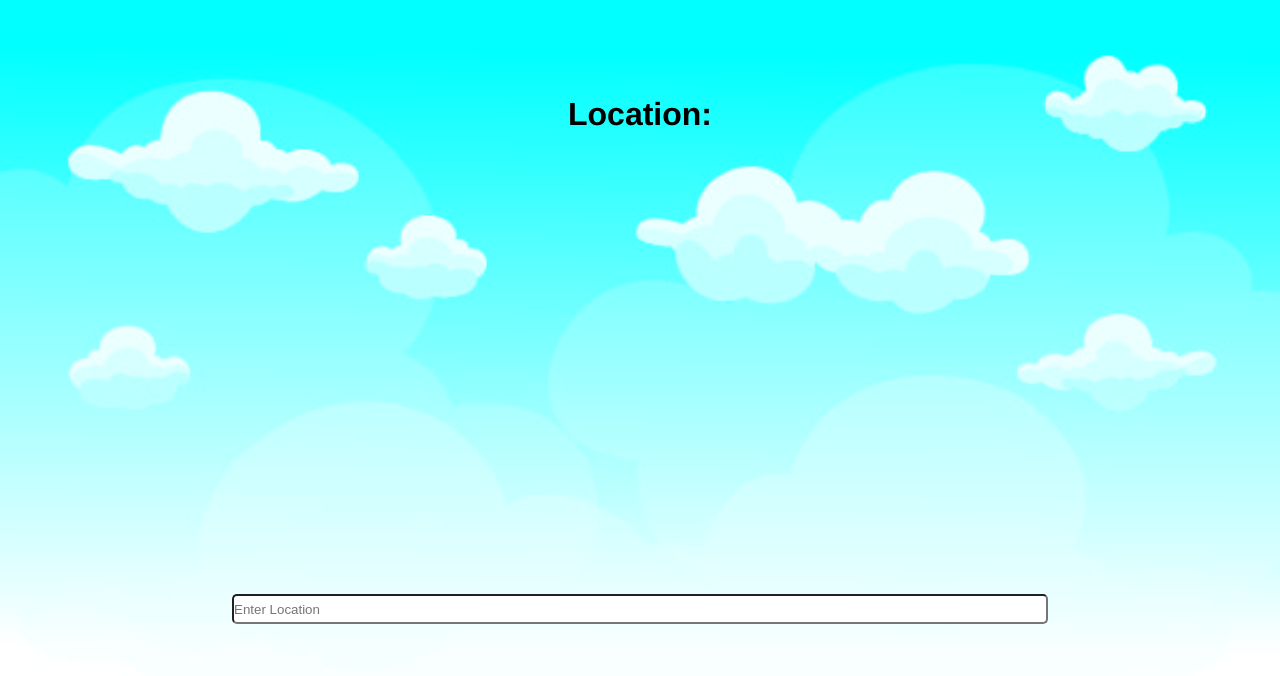
Repository: shaelorch/weather
Page: /
An editor plug-in stored every save of this project. The page is shown before and after the next save, followed by the edit.
The browser window is 1280 px wide. The pictures show the whole page.
The project was rebuilt for these pictures with package versions that can differ from the ones it lists, and the page was loaded fresh each time. The framework's server and built-in components were replaced by stand-ins that run in the browser. Also part of the build but not shown: next.config.js.

Above is the page before, as saved 2023-01-17 13:27:28.

### pages/index.js
import Head from 'next/head'
import Image from 'next/image'
import { Inter } from '@next/font/google'
import styles from '@/styles/Home.module.css'
import axios from 'axios'
import { useState } from 'react';

const inter = Inter({ subsets: ['latin'] })



export default function Home() {
  const [location, setLocation] = useState('');
  const [data, setData] = useState({});
  const [weather, setWeather] = useState();
  const [errorMessage, setErrorMessage] = useState("");

  var apiKey = "5bb65e5dcdd88d96c09dd61a44557240";
  var lang = "fr";
  var units = "metric";
  const url = `https://api.openweathermap.org/data/2.5/weather?q=${location}&units=${units}&appid=${apiKey}&lang=${lang}`

  const searchLocation = (event) => {
    if(event.key === "Enter") {
      axios.get(url)
      .then((response) => {
        console.clear();
        setData(response.data);
        console.log(response.data);
        setWeather(response.data.weather);
        setErrorMessage("");
      }).catch(err => {
        console.log(err);
        setErrorMessage("Please enter another location");
        setData({});
        setWeather()
      })
      setLocation('')
  }}

  return <main className={styles.main}>


    <div className={styles.text}>
      <h1>Location:</h1>
      <h2>{data.name}</h2>
    </div>

    <input
    className={styles.input}
    value={location}
    onChange={event => setLocation(event.target.value)}
    placeholder="Enter Location"
    onKeyDown={searchLocation}
    type="text"

    />

    {
      weather && weather.map((w, index)=> {
        return(
          <div className={styles.text} key={index}>
            <div>{w.description}</div>
            <div>{w.main}</div>
            {data.main.temp} &deg;C
            <h2>Feels Like:</h2>
            {data.main.feels_like} &deg;C
            {data.wind.speed}
            </div>










        )
      })
    }

  </main>



}

### styles/Home.module.css
.main {
  display: flex;
  flex-direction: column;
  justify-content: space-between;
  align-items: center;
  padding: 6rem;
  min-height: 100vh;
  background-image: url("/clouds.jpg");
  background-repeat: no-repeat;
  background-size: cover;
}

.text {
  font-family: 'Franklin Gothic Medium', 'Arial Narrow', Arial, sans-serif;
  font-weight: bold;
  color:black;
}

.input {
  border-radius:5px;
  background-color: white;
  height:30px;
  width:75%;
  color:black

}


.description {
  display: inherit;
  justify-content: inherit;
  align-items: inherit;
  font-size: 0.85rem;
  max-width: var(--max-width);
  width: 100%;
  z-index: 2;
  font-family: var(--font-mono);
}

.description a {
  display: flex;
  justify-content: center;
  align-items: center;
  gap: 0.5rem;
}

.description p {
  position: relative;
  margin: 0;
  padding: 1rem;
  background-color: rgba(var(--callout-rgb), 0.5);
  border: 1px solid rgba(var(--callout-border-rgb), 0.3);
  border-radius: var(--border-radius);
}

.code {
  font-weight: 700;
  font-family: var(--font-mono);
}

.grid {
  display: grid;
  grid-template-columns: repeat(4, minmax(25%, auto));
  width: var(--max-width);
  max-width: 100%;
}

.card {
  padding: 1rem 1.2rem;
  border-radius: var(--border-radius);
  background: rgba(var(--card-rgb), 0);
  border: 1px solid rgba(var(--card-border-rgb), 0);
  transition: background 200ms, border 200ms;
}

.card span {
  display: inline-block;
  transition: transform 200ms;
}

.card h2 {
  font-weight: 600;
  margin-bottom: 0.7rem;
}

.card p {
  margin: 0;
  opacity: 0.6;
  font-size: 0.9rem;
  line-height: 1.5;
  max-width: 30ch;
}

.center {
  display: flex;
  justify-content: center;
  align-items: center;
  position: relative;
  padding: 4rem 0;
}

.center::before {
  background: var(--secondary-glow);
  border-radius: 50%;
  width: 480px;
  height: 360px;
  margin-left: -400px;
}

.center::after {
  background: var(--primary-glow);
  width: 240px;
  height: 180px;
  z-index: -1;
}

.center::before,
.center::after {
  content: '';
  left: 50%;
  position: absolute;
  filter: blur(45px);
  transform: translateZ(0);
}

.logo,
.thirteen {
  position: relative;
}

.thirteen {
  display: flex;
  justify-content: center;
  align-items: center;
  width: 75px;
  height: 75px;
  padding: 25px 10px;
  margin-left: 16px;
  transform: translateZ(0);
  border-radius: var(--border-radius);
  overflow: hidden;
  box-shadow: 0px 2px 8px -1px #0000001a;
}

.thirteen::before,
.thirteen::after {
  content: '';
  position: absolute;
  z-index: -1;
}

/* Conic Gradient Animation */
.thirteen::before {
  animation: 6s rotate linear infinite;
  width: 200%;
  height: 200%;
  background: var(--tile-border);
}

/* Inner Square */
.thirteen::after {
  inset: 0;
  padding: 1px;
  border-radius: var(--border-radius);
  background: linear-gradient(
    to bottom right,
    rgba(var(--tile-start-rgb), 1),
    rgba(var(--tile-end-rgb), 1)
  );
  background-clip: content-box;
}

/* Enable hover only on non-touch devices */
@media (hover: hover) and (pointer: fine) {
  .card:hover {
    background: rgba(var(--card-rgb), 0.1);
    border: 1px solid rgba(var(--card-border-rgb), 0.15);
  }

  .card:hover span {
    transform: translateX(4px);
  }
}

@media (prefers-reduced-motion) {
  .thirteen::before {
    animation: none;
  }

  .card:hover span {
    transform: none;
  }
}

/* Mobile */
@media (max-width: 700px) {
  .content {
    padding: 4rem;
  }

  .grid {
    grid-template-columns: 1fr;
    margin-bottom: 120px;
    max-width: 320px;
    text-align: center;
  }

  .card {
    padding: 1rem 2.5rem;
  }

  .card h2 {
    margin-bottom: 0.5rem;
  }

  .center {
    padding: 8rem 0 6rem;
  }

  .center::before {
    transform: none;
    height: 300px;
  }

  .description {
    font-size: 0.8rem;
  }

  .description a {
    padding: 1rem;
  }

  .description p,
  .description div {
    display: flex;
    justify-content: center;
    position: fixed;
    width: 100%;
  }

  .description p {
    align-items: center;
    inset: 0 0 auto;
    padding: 2rem 1rem 1.4rem;
    border-radius: 0;
    border: none;
    border-bottom: 1px solid rgba(var(--callout-border-rgb), 0.25);
    background: linear-gradient(
      to bottom,
      rgba(var(--background-start-rgb), 1),
      rgba(var(--callout-rgb), 0.5)
    );
    background-clip: padding-box;
    backdrop-filter: blur(24px);
  }

  .description div {
    align-items: flex-end;
    pointer-events: none;
    inset: auto 0 0;
    padding: 2rem;
    height: 200px;
    background: linear-gradient(
      to bottom,
      transparent 0%,
      rgb(var(--background-end-rgb)) 40%
    );
    z-index: 1;
  }
}

/* Tablet and Smaller Desktop */
@media (min-width: 701px) and (max-width: 1120px) {
  .grid {
    grid-template-columns: repeat(2, 50%);
  }
}

@media (prefers-color-scheme: dark) {
  .vercelLogo {
    filter: invert(1);
  }

  .logo,
  .thirteen img {
    filter: invert(1) drop-shadow(0 0 0.3rem #ffffff70);
  }
}

@keyframes rotate {
  from {
    transform: rotate(360deg);
  }
  to {
    transform: rotate(0deg);
  }
}

Loaded but not shown: pages/_app.js (common file); pages/_document.js (common file); styles/globals.css (common file)

After the next save:
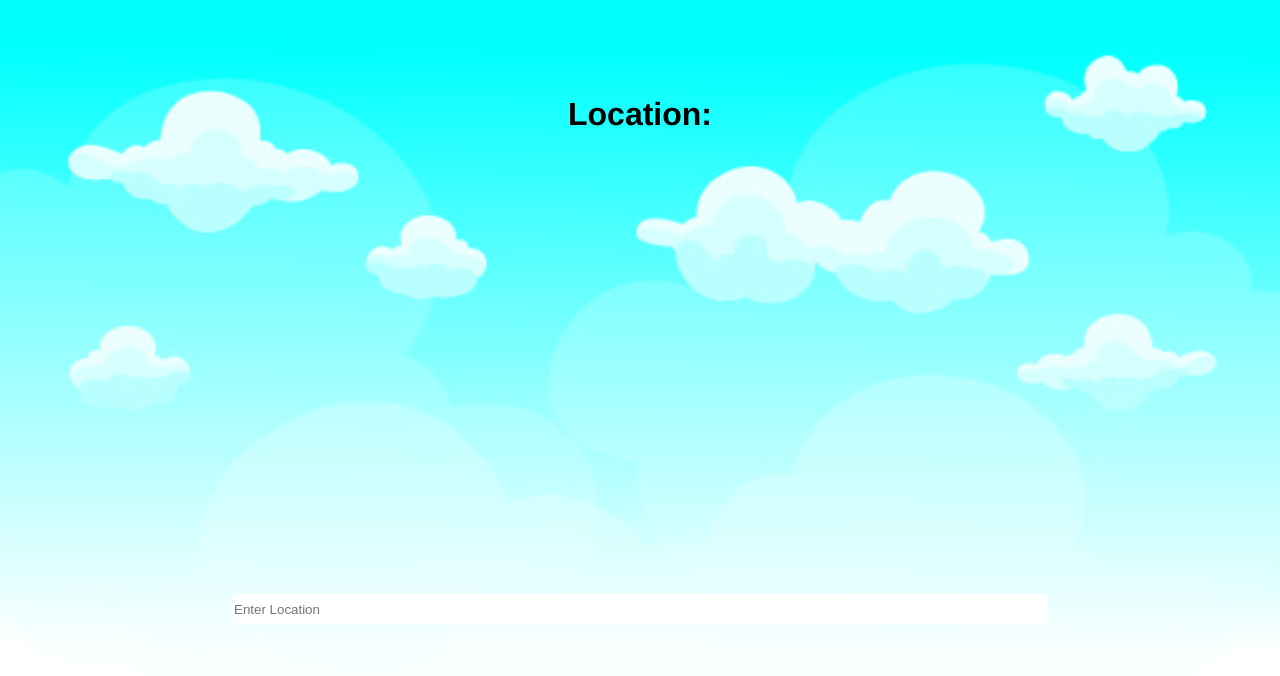
Saved 29 s later.
--- a/styles/Home.module.css
+++ b/styles/Home.module.css
@@ -21,7 +21,8 @@
   background-color: white;
   height:30px;
   width:75%;
-  color:black
+  color:black;
+  border: 2px solid white;
 
 }
 
